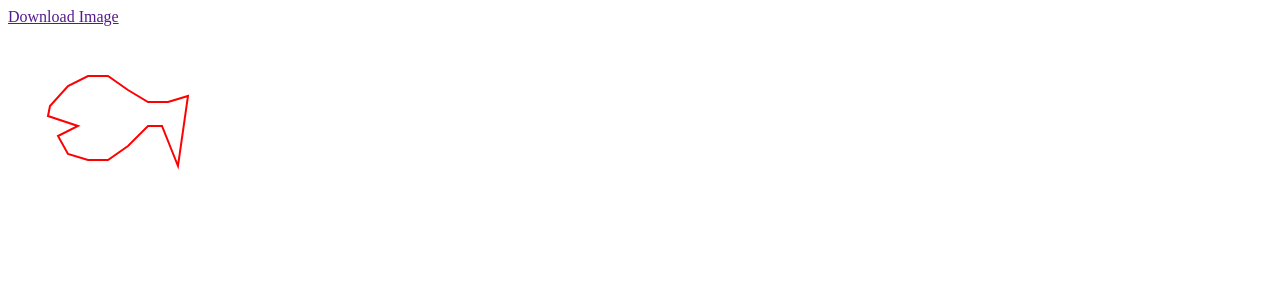
Repository: tclintaichung/book
Page: ex16/ex16_01/fish.html
These files come from the project's save history. The page is drawn as it stood at one moment and after the next save; the edit follows.
The browser window is 1280 px wide. The pictures show the whole page.

Above is the page before, as saved 2025-09-26 20:35:14.

After the next save:
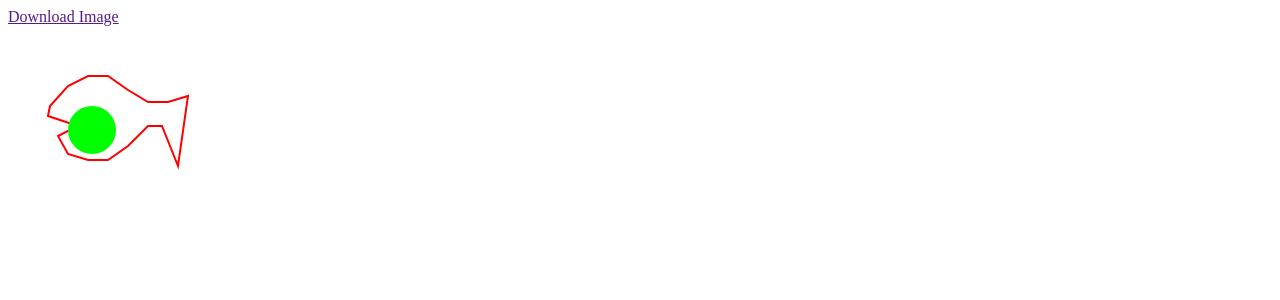
Saved 14 h 12 min later.
--- a/ex16/ex16_01/fish.html
+++ b/ex16/ex16_01/fish.html
@@ -28,6 +28,15 @@
         ctx.strokeStyle = colors[0];
         ctx.lineWidth = 2;
         ctx.stroke();
+        ctx.beginPath();
+        const center_x = 4.2 * 20;
+        const center_y = 5.2 * 20;
+        const radius = 1.2 * 20;
+        ctx.arc(center_x, center_y, radius, 0, 2 * Math.PI);
+        ctx.moveTo(center_x, center_y);
+        ctx.fillStyle = colors[1];
+        ctx.fill();
+
    </script>
 </body>
 </html>
